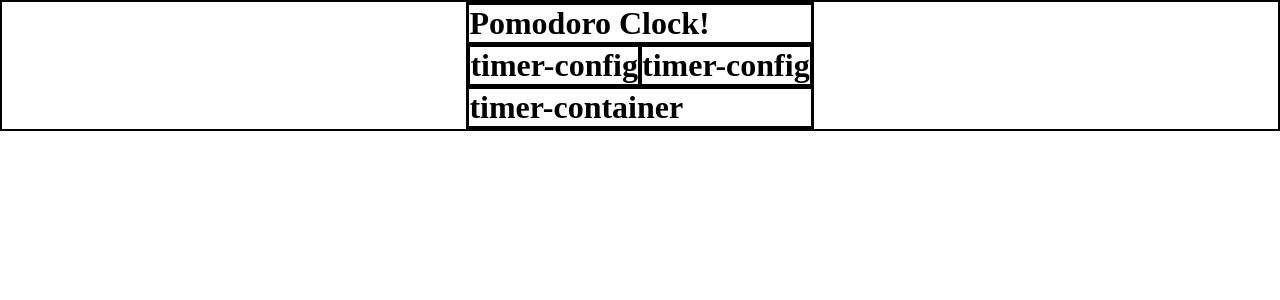
Repository: mcostigliola/pomodoroTimer
Page: index.html
The author's editor kept a copy of each file at every save. The page is drawn from the files as they stood at one save, then again after the next save.
The browser window is 1280 px wide. The pictures show the whole page.

Above is the page before, as saved 2020-05-21 19:43:49.
Not found: main.js

### index.html
<!DOCTYPE html>
<html>
<head>
  <meta charset='utf-8'>
  <meta http-equiv='X-UA-Compatible' content='IE=edge'>
  <title>Page Title</title>
  <meta name='viewport' content='width=device-width, initial-scale=1'>
  <link rel='stylesheet' type='text/css' media='screen' href='main.css'>
  <script src='main.js'></script>
</head>
<body>
  <div id="main-container">
    <div id="title-watch">
      <h1>Pomodoro Clock!</h1>
    </div>

    <div id="session-container">
      <div class="timer-configurator">
        <h1>timer-config</h1>
      </div>
      <div class="timer-configurator">
        <h1>timer-config</h1>
      </div>
    </div>

    <div id="timer-container">
       <h1>timer-container</h1>
    </div>
  </div>
</body>
</html>

### main.css
*{
    border: 1px solid black;
    box-sizing: border-box;
    margin:0;
    padding:0;
}

body{
    display: flex;
    flex-flow: column;
}

#main-container{
    display: flex;
    flex-flow: column;
    margin: auto;
}

#session-container{
    display: flex;
}

After the next save:
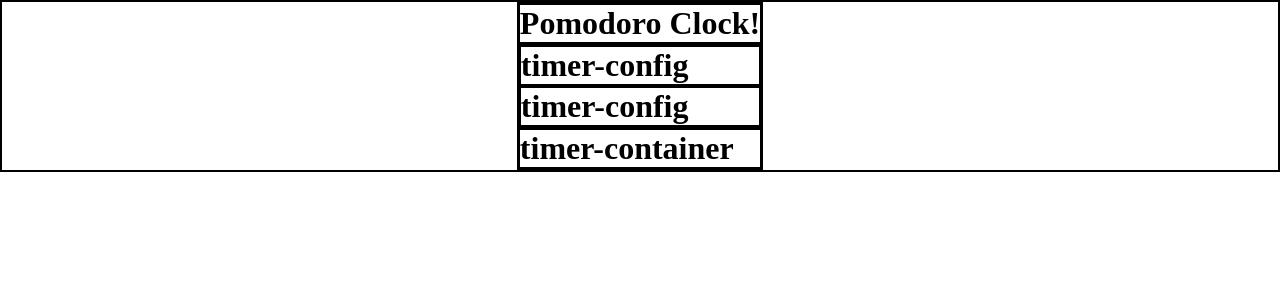
Saved 31 s later.
--- a/main.css
+++ b/main.css
@@ -18,4 +18,5 @@
 
 #session-container{
     display: flex;
+    flex-flow: column;
 }

After the save that followed:
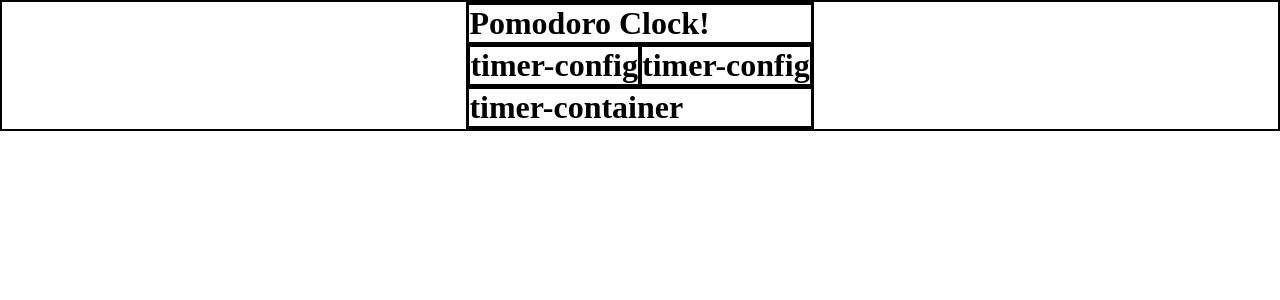
Saved 84 s later.
--- a/main.css
+++ b/main.css
@@ -18,5 +18,8 @@
 
 #session-container{
     display: flex;
-    flex-flow: column;
 }
+
+.timer-configurator{
+
+}
